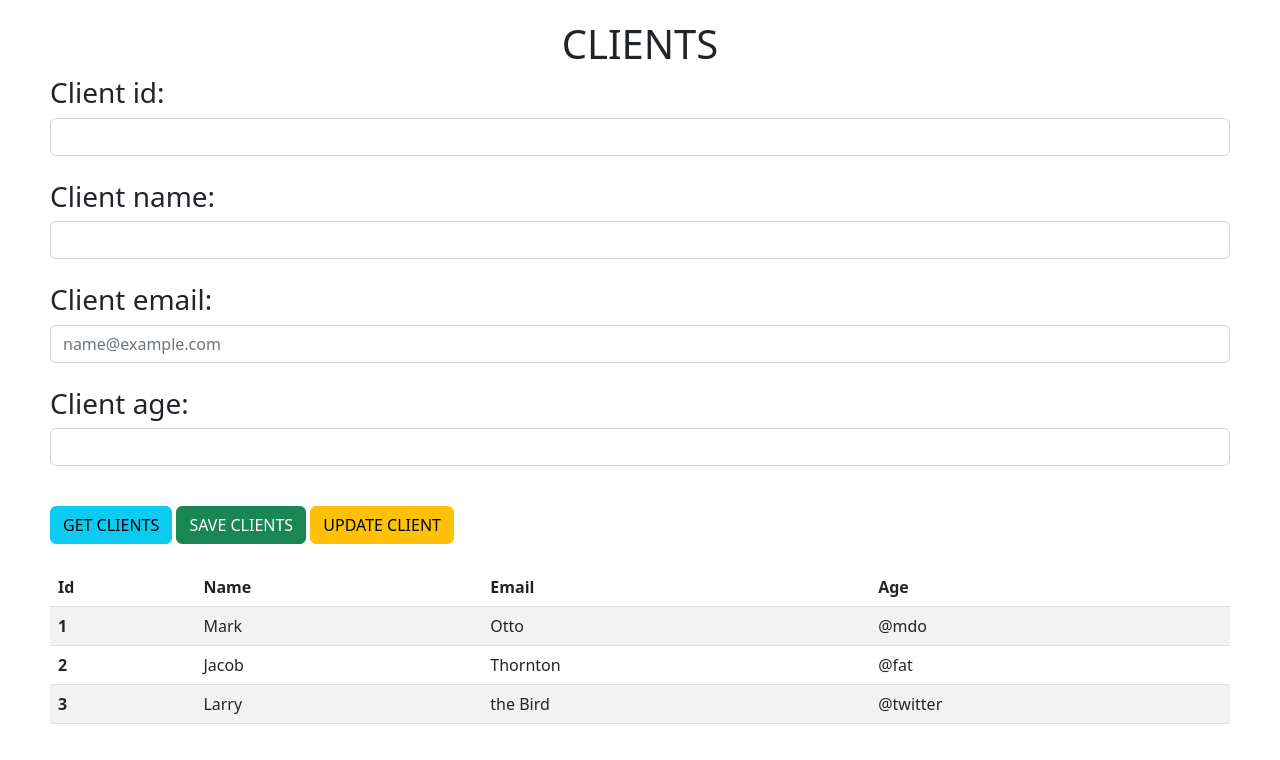
Repository: almendezl/MisionTIC
Page: index.html
An editor plug-in stored every save of this project. The page is shown before and after the next save, followed by the edit.
The browser window is 1280 px wide. The pictures show the whole page.

Above is the page before, as saved 2022-10-01 21:43:56.

### index.html
<html lang="en">
<head>
    <meta charset="UTF-8">
    <meta http-equiv="X-UA-Compatible" content="IE=edge">
    <meta name="viewport" content="width=device-width, initial-scale=1.0">
    <link rel="stylesheet" href="styles.css">
    <title>MISION TIC 2022 RETO 2</title>
</head>
<!-- add jquery api -->
<script src="https://ajax.googleapis.com/ajax/libs/jquery/3.6.1/jquery.min.js"></script>
<!-- add bootstrap -->

<link href="https://cdn.jsdelivr.net/npm/bootstrap@5.2.1/dist/css/bootstrap.min.css" rel="stylesheet" integrity="sha384-iYQeCzEYFbKjA/T2uDLTpkwGzCiq6soy8tYaI1GyVh/UjpbCx/TYkiZhlZB6+fzT" crossorigin="anonymous">
<!-- add the file with the script -->
<script type="text/javascript" src="myScript.js"></script>
<body>
    <h1 class="text-center">CLIENTS</h1>
    <form action="">
        <div class="form-group">
            <h3 class="label label-default" >Client id: </h3>
            <input class="form-control" type="number" id="clientId"> <br>
        </div>

        <div class="form-group">
            <h3 class="label label-default" >Client name: </h3>
            <input class="form-control" type="text" id="clientName"><br>
        </div>

        <div class="form-group">
            <h3 class="label label-default" >Client email: </h3>
            <input class="form-control" type="text" id="clientEmail" placeholder="name@example.com"><br>
        </div>

        <div class="form-group">
            <h3 class="label label-default" >Client age: </h3>
            <input class="form-control" type="number" id="clientAge"><br>
        </div>

    </form>




    <button class="btn btn-info" onclick="getClients()">GET CLIENTS</button>

    <button class="btn btn-success" onclick="setClient()">SAVE CLIENTS</button>

    <button class="btn btn-warning" onclick="updateClient()">UPDATE CLIENT</button><br><br>

    <!-- <div id="clientsList">

    </div> -->
    <table class="table table-striped" id="clientsList">
        <thead>
          <tr>
            <th scope="col">Id</th>
            <th scope="col">Name</th>
            <th scope="col">Email</th>
            <th scope="col">Age</th>
          </tr>
        </thead>
        <tbody>
          <tr>
            <th scope="row">1</th>
            <td>Mark</td>
            <td>Otto</td>
            <td>@mdo</td>
          </tr>
          <tr>
            <th scope="row">2</th>
            <td>Jacob</td>
            <td>Thornton</td>
            <td>@fat</td>
          </tr>
          <tr>
            <th scope="row">3</th>
            <td>Larry</td>
            <td>the Bird</td>
            <td>@twitter</td>
          </tr>
        </tbody>
      </table>


</body>
</html>

### styles.css
body {

    padding: 20px 50px;
  }

### myScript.js
function getClients(){

    $.ajax({
        url:'https://gbc0751b79176df-fy68ude9ajgxmklv.adb.us-ashburn-1.oraclecloudapps.com/ords/admin/client/client',
        type: 'GET',
        dataType: 'json',

        success: function(clients){
            console.log(clients);
            let cs= clients.items;
            //$('#clientsList').append("<h2>Clients List</h2>");
            $('#clientsList').empty();
            for(i = 0; i<cs.length; i++){
                //$('#clientsList').append("<b>"+cs[i].id+" "+cs[i].name+" </b> "+cs[i].email+"   <button class='btn btn-danger' onclick='deleteClient("+cs[i].id+")'>DELETE</button>"+"<br>");
                $('#clientsList').append("<tr><th scope='row'>"+cs[i].id+"</th><td>"+cs[i].name+"</td><td>"+cs[i].email+"</td><td>"+cs[i].age+"</td></tr>");

            }

        },
        error: function(xhr, status){
            alert("A problem has occurred");
        },
        complete: function(xhr, status){
            //alert("Request made");
        }
    });

}

function setClient(){

    let clientId = $("#clientId").val();
    let clientName = $("#clientName").val();
    let clientEmail = $("#clientEmail").val();
    let clientAge = $("#clientAge").val();

    let data = {
        id: clientId,
        name: clientName,
        email: clientEmail,
        age: clientAge

    };

    let dataToSend = JSON.stringify(data);

    console.log(dataToSend);

    $.ajax({
        url:'https://gbc0751b79176df-fy68ude9ajgxmklv.adb.us-ashburn-1.oraclecloudapps.com/ords/admin/client/client',
        type: 'POST',
        //dataType: 'json',
        data: dataToSend,
         contentType: "application/json",

        success: function(json){
            console.log(json);
            //Clean the inputs
            $("#clientId").val('');
            $("#clientName").val('');
            $("#clientEmail").val('');
            $("#clientAge").val('');
            getClients();
        },
        error: function(xhr, status){
            //alert("A problem has occurred");

        },
        complete: function(xhr, status){
            //alert("Request made");

        }
    });

}

function updateClient(){
    let clientId = $("#clientId").val();
    let clientName = $("#clientName").val();
    let clientEmail = $("#clientEmail").val();
    let clientAge = $("#clientAge").val();

    let data = {
        id: clientId,
        name: clientName,
        email: clientEmail,
        age: clientAge

    };

    let dataToSend = JSON.stringify(data);

    console.log(dataToSend);

    $.ajax({
        url:'https://gbc0751b79176df-fy68ude9ajgxmklv.adb.us-ashburn-1.oraclecloudapps.com/ords/admin/client/client',
        type: 'PUT',
        //dataType: 'json',
        data: dataToSend,
        contentType: "application/json",

        success: function(json){
            console.log(json);
            //Clean the inputs
            $("#clientId").val('');
            $("#clientName").val('');
            $("#clientEmail").val('');
            $("#clientAge").val('');
            getClients();
        },
        error: function(xhr, status){
            //alert("A problem has occurred");

        },
        complete: function(xhr, status){
            //alert("Request made");

        }
    });
}

function deleteClient(clientId){


    let data = {
        id: clientId

    };

    let dataToSend = JSON.stringify(data);

    console.log(dataToSend);

    $.ajax({
        url:'https://gbc0751b79176df-fy68ude9ajgxmklv.adb.us-ashburn-1.oraclecloudapps.com/ords/admin/client/client',
        type: 'DELETE',
        //dataType: 'json',
        data: dataToSend,
        contentType: "application/json",

        success: function(json){
            console.log(json);
            //Clean the inputs
            $("#clientId").val('');
            $("#clientName").val('');
            $("#clientEmail").val('');
            $("#clientAge").val('');
            getClients();
        },
        error: function(xhr, status){
            //alert("A problem has occurred");

        },
        complete: function(xhr, status){
            //alert("Request made");

        }
    });
}

After the next save:
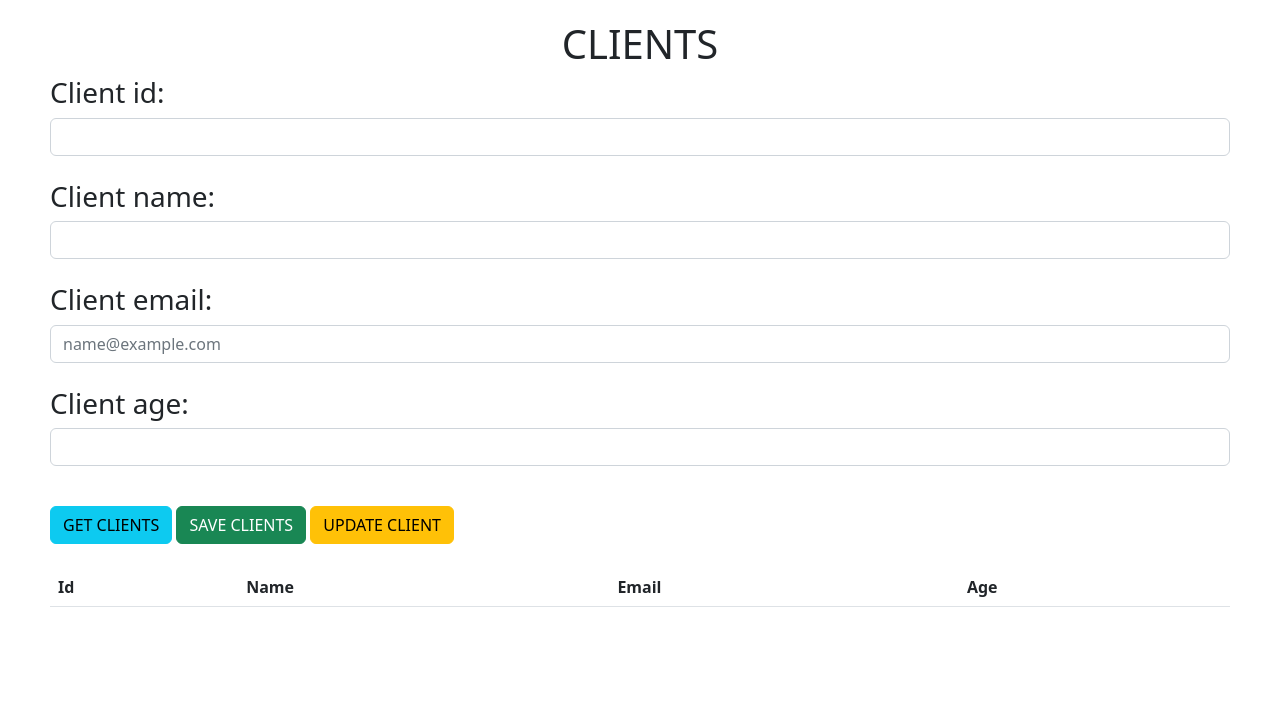
Saved 17 s later.
--- a/index.html
+++ b/index.html
@@ -60,24 +60,7 @@
           </tr>
         </thead>
         <tbody>
-          <tr>
-            <th scope="row">1</th>
-            <td>Mark</td>
-            <td>Otto</td>
-            <td>@mdo</td>
-          </tr>
-          <tr>
-            <th scope="row">2</th>
-            <td>Jacob</td>
-            <td>Thornton</td>
-            <td>@fat</td>
-          </tr>
-          <tr>
-            <th scope="row">3</th>
-            <td>Larry</td>
-            <td>the Bird</td>
-            <td>@twitter</td>
-          </tr>
+
         </tbody>
       </table>
 
